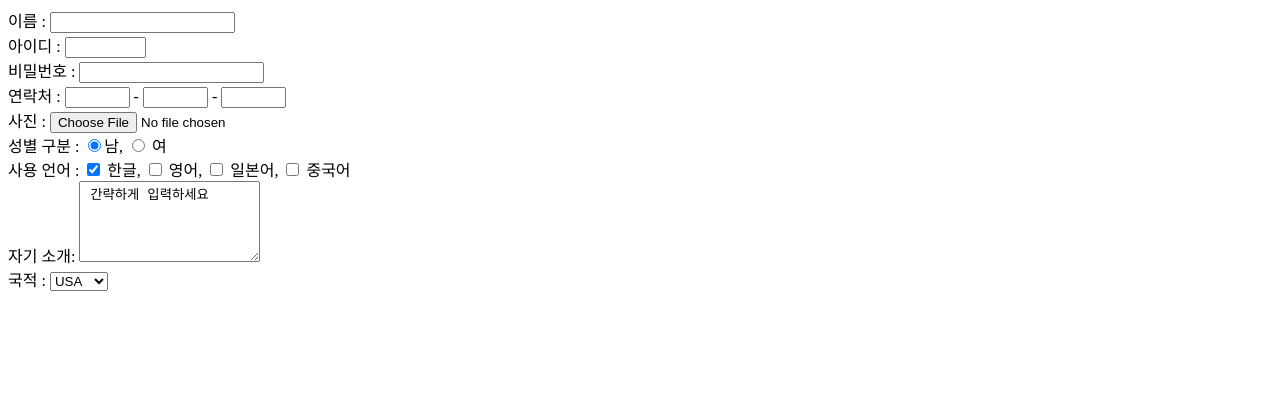
Repository: bjKim2/JSP
Page: HTML/src/main/webapp/Lec06.html
These files come from the project's save history. The page is drawn as it stood at one moment and after the next save; the edit follows.
The browser window is 1280 px wide. The pictures show the whole page.

Above is the page before, as saved 2022-03-15 05:20:09.

After the next save:
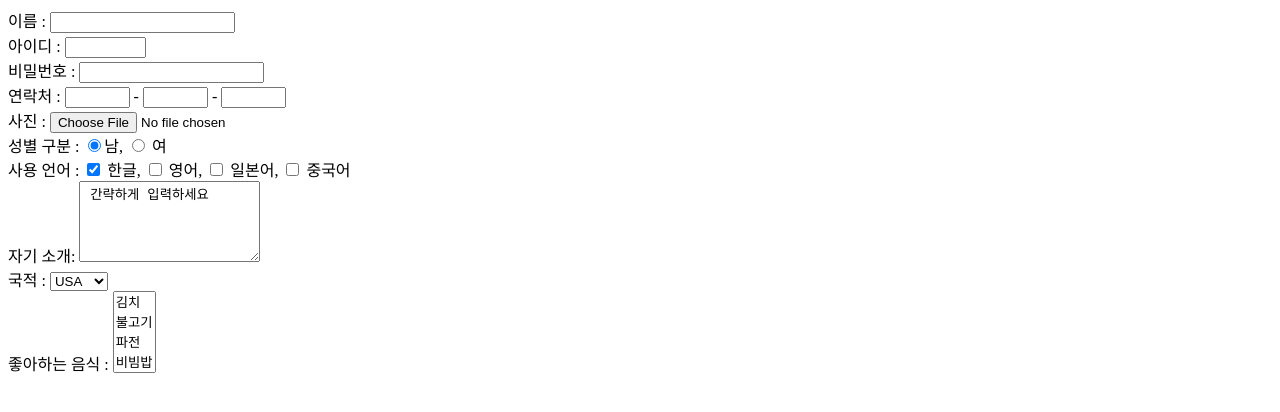
Saved 2 min 24 s later.
--- a/HTML/src/main/webapp/Lec06.html
+++ b/HTML/src/main/webapp/Lec06.html
@@ -21,7 +21,7 @@
 					<input type="checkbox" name="lang" value="jpn" > 일본어,
 					<input type="checkbox" name="lang" value="chn" > 중국어 <br>
 			자기 소개:
-					<textarea rows="5" cols="20"> 간략하게 입력하세요 </textarea><br>
+					<textarea rows="5" cols="20" name="introduce"> 간략하게 입력하세요 </textarea><br>
 					<!-- 데이터베이스는 varchar 말고 text 타입은 무한정 문자가 들어올수있다.  -->
 			국적 :
 					<select name="nationality">
@@ -29,8 +29,18 @@
 						<option selected="selected"> USA</option>
 						<option> JP</option>
 						<option> CH</option>
+					</select><br>
+			좋아하는 음식 :
+					<select name="food" multiple="multiple">
+						<option>김치</option>
+						<option>불고기</option>
+						<option>파전</option>
+						<option>비빔밥</option>
+						<option>냉면</option>
+						<option>순대</option>
 
-					</select>
+					</select><br>
+
 
 		</from>
 	</body>
